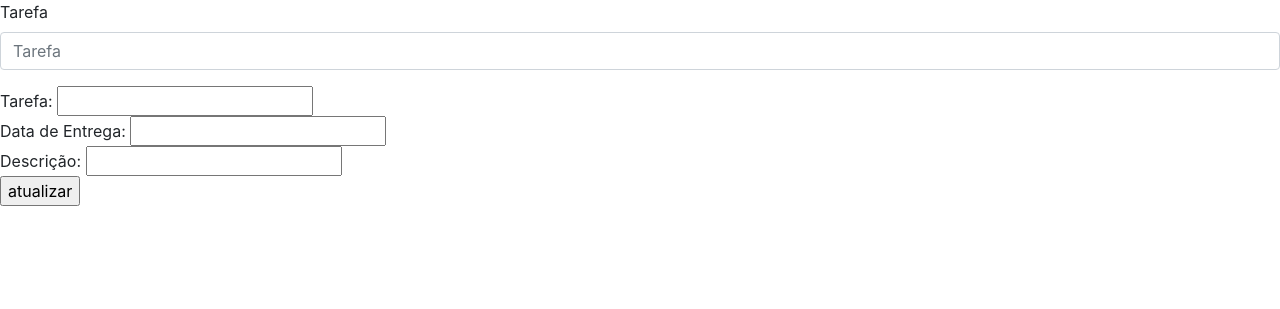
Repository: sophiaks/CRUD
Page: http://localhost/Projeto1/Views/atualiza.jsp
The author's editor kept a copy of each file at every save. The page is drawn from the files as they stood at one save, then again after the next save.
The browser window is 1280 px wide. The pictures show the whole page.
The page is served by Tomcat 9. Nobody is signed in. The application's start-up code is not run.

Above is the page before, as saved 2020-09-23 19:31:25.

After the next save:
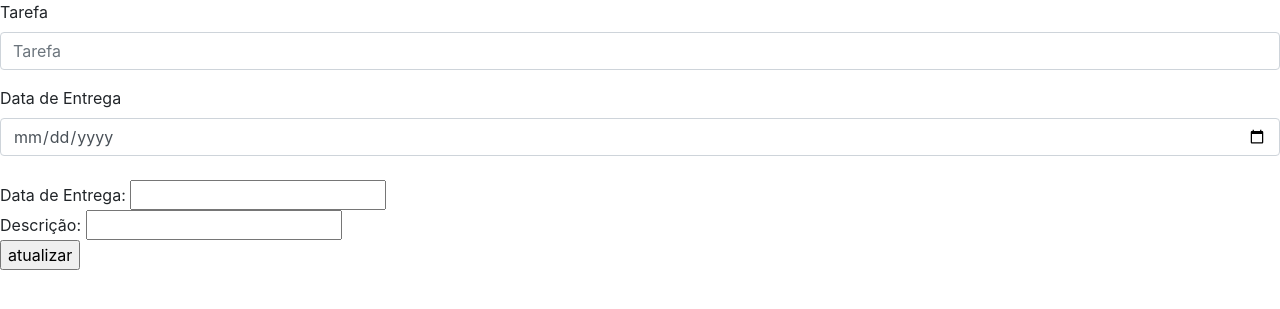
Saved 76 s later.
--- a/WorkspaceP1/Projeto1/WebContent/Views/atualiza.jsp
+++ b/WorkspaceP1/Projeto1/WebContent/Views/atualiza.jsp
@@ -21,6 +21,13 @@
 			<label for="nome">Tarefa</label>
 			<input type="text" name="nome" class="form-control" placeholder="Tarefa" value='${param.nome}'>
 	</div>
+
+	<div class="form-group">
+			<label for="nome">Data de Entrega</label>
+			<input type="date" name="entrega" class="form-control" placeholder="Data de Entrega" value='${param.entrega}>
+	</div>
+
+
 		Tarefa: <input type='text' name='nome' value='${param.nome}'><br>
 		Data de Entrega: <input type='text' name='entrega' value='${param.entrega}'><br>
 		Descrição: <input type='text' name='descricao' value='${param.descricao}'><br>
